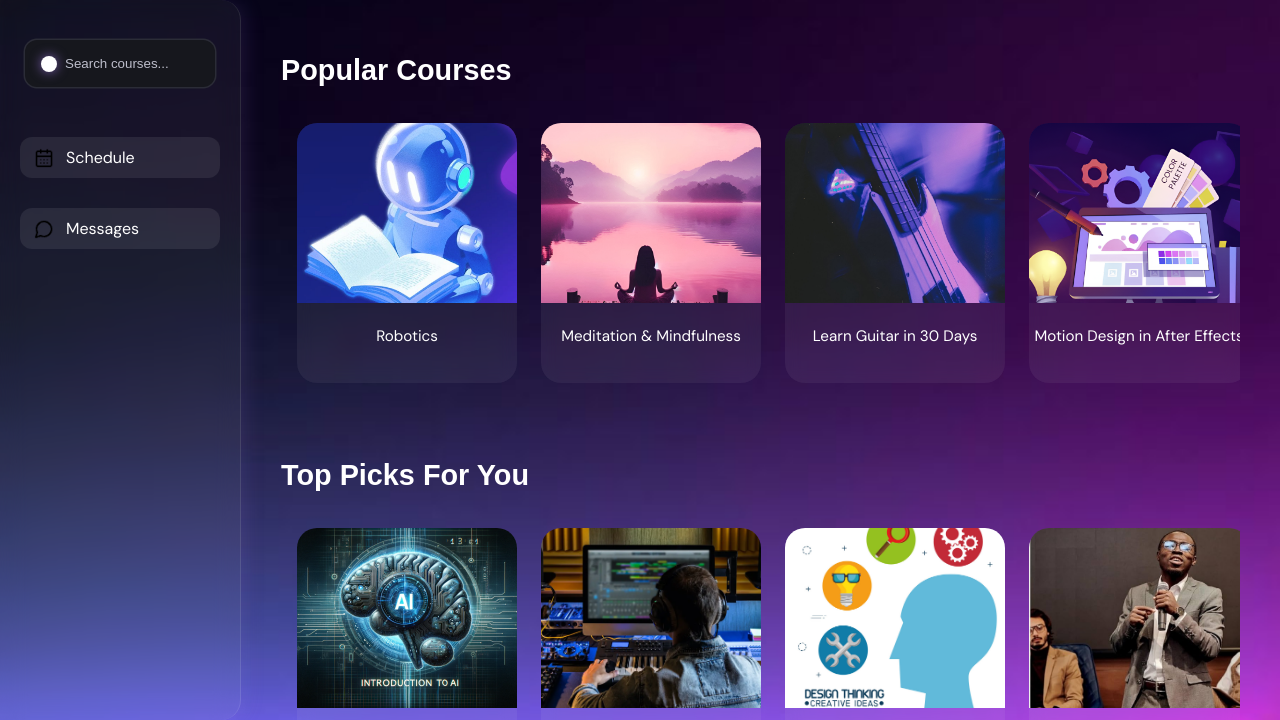
Repository: damndana/UIREN
Page: http://localhost/courses/
The author's editor kept a copy of each file at every save. The page is drawn from the files as they stood at one save, then again after the next save.
The browser window is 1280 px wide. The pictures show the whole page.
An inner scrolling area shows only its first screen. The page is served by the project's application, run on Django 5.2 (manage.py). Other server files are loaded and not shown.

Above is the page before, as saved 2025-04-21 23:40:28.

### main/templates/courses.html
{% load static %}
<!DOCTYPE html>
<html lang="en">
<head>
  <meta charset="UTF-8">
  <title>Courses Page</title>
  <link rel="stylesheet" href="https://fonts.googleapis.com/css2?family=DM+Sans&display=swap">
  <link rel="stylesheet" href="{% static 'css/style.css' %}">
</head>
<body class="courses-body" style="background: url('{% static "animations/background.jpeg" %}') no-repeat center center; background-size: cover;">

  <div class="sidebar">
    <div class="group">
      <svg class="search-icon" viewBox="0 0 24 24"><path fill="currentColor" d="M10 2a8 8 0 0 1 6.32 12.9l4.39 4.4l-1.41 1.4l-4.4-4.39A8 8 0 1 1 10 2m0 2a6 6 0 1 0 0 12a6 6 0 0 0 0-12z"/></svg>
      <input id="course-search" class="input" type="text" placeholder="Search courses...">
    </div>

    <div class="sidebar-icon"><img src="{% static 'icons/calendar-days.png' %}" class="icon-img"><span>Schedule</span></div>
    <div class="sidebar-icon"><img src="{% static 'icons/message-circle.png' %}" class="icon-img"><span>Messages</span></div>
  </div>

  <div class="main-content">
    <h2 class="section-title">Popular Courses</h2>
    <div class="carousel-wrapper" id="carousel-popular">
      <div class="carousel">
        <div class="card"><img src="{% static 'animations/robotics.png' %}" alt="Robotics"><p>Robotics</p></div>
        <div class="card"><img src="{% static 'animations/Dawn Meditation by the Lake_ Serenity in Pink and Purple.jpg' %}" alt="Meditation"><p>Meditation & Mindfulness</p></div>
        <div class="card"><img src="{% static 'animations/guitar30days.jpg' %}" alt="Guitar"><p>Learn Guitar in 30 Days</p></div>
        <div class="card"><img src="{% static 'animations/motiondesign.png' %}" alt="Motion"><p>Motion Design in After Effects</p></div>
        <div class="card"><img src="{% static 'animations/timemanagement.jpg' %}" alt="Time"><p>Time Management like a CEO</p></div>
      </div>
    </div>

    <h2 class="section-title" style="margin-top: 60px;">Top Picks For You</h2>
    <div class="carousel-wrapper" id="carousel-top">
      <div class="carousel">
        <div class="card"><img src="{% static 'animations/introtoai.png' %}"><p>Intro to AI</p></div>
        <div class="card"><img src="{% static 'animations/sounddesign.webp' %}" alt="Music"><p>Sound Design Essentials</p></div>
        <div class="card"><img src="{% static 'animations/design-thinking.jpg' %}" alt="Design"><p>Creative Thinking for Designers</p></div>
        <div class="card"><img src="{% static 'animations/speak.jpg' %}" alt="Public"><p>Speak Like a Pro</p></div>
      </div>
    </div>
  </div>

  <script>
    // SEARCH FUNCTION
    const searchBar = document.getElementById("course-search");
    searchBar.addEventListener("input", () => {
      const query = searchBar.value.toLowerCase();
      document.querySelectorAll(".carousel .card").forEach(card => {
        const title = card.querySelector("p").textContent.toLowerCase();
        card.style.display = title.includes(query) ? "flex" : "none";
      });
    });

    // SCROLL + ZOOM FUNCTION PER CAROUSEL
    document.querySelectorAll(".carousel-wrapper").forEach((wrapper) => {
      const carousel = wrapper.querySelector(".carousel");
      let isDown = false, startX, scrollLeft;
      let scrollPos = 0;

      // Drag scroll (mouse)
      wrapper.addEventListener("mousedown", (e) => {
        isDown = true;
        startX = e.pageX - wrapper.offsetLeft;
        scrollLeft = wrapper.scrollLeft;
      });
      wrapper.addEventListener("mouseup", () => isDown = false);
      wrapper.addEventListener("mouseleave", () => isDown = false);
      wrapper.addEventListener("mousemove", (e) => {
        if (!isDown) return;
        const x = e.pageX - wrapper.offsetLeft;
        const walk = (x - startX) * 2;
        wrapper.scrollLeft = scrollLeft - walk;
      });

      // Touch scroll (mobile)
      wrapper.addEventListener("touchstart", (e) => {
        startX = e.touches[0].pageX;
        scrollLeft = wrapper.scrollLeft;
      });
      wrapper.addEventListener("touchmove", (e) => {
        const x = e.touches[0].pageX;
        const walk = (x - startX) * 2;
        wrapper.scrollLeft = scrollLeft - walk;
      });

      // Auto scroll
      function startAutoScroll() {
        return setInterval(() => {
          scrollPos += 1.5;
          if (scrollPos >= carousel.scrollWidth - carousel.clientWidth) {
            scrollPos = 0;
          }
          carousel.scrollTo({ left: scrollPos, behavior: "smooth" });
        }, 20);
      }

      let autoScrollInterval = startAutoScroll();
      wrapper.addEventListener("mouseenter", () => clearInterval(autoScrollInterval));
      wrapper.addEventListener("mouseleave", () => {
        autoScrollInterval = startAutoScroll();
      });
    });

    // Zoom on hover
    document.querySelectorAll(".card").forEach((card) => {
      card.addEventListener("mouseenter", () => {
        card.style.transform = "scale(1.07)";
      });
      card.addEventListener("mouseleave", () => {
        card.style.transform = "scale(1)";
      });
    });
  </script>
</body>
</html>

### main/views.py
from django.shortcuts import render, redirect
from django.http import HttpResponse
from .forms import TutorRegistrationForm, StudentRegistrationForm
from .models import TutorProfile, StudentProfile
from django.contrib.auth.models import User
from django.contrib.auth import login
from django.contrib.auth.decorators import login_required

# === Home Page ===
def home(request):
    return render(request, 'home.html')

# === Courses Page ===
def courses(request):
    return render(request, 'courses.html')

# === Categories Page ===
def categories(request):
    return render(request, 'categories.html')

# === About Page ===
def about(request):
    return render(request, 'about.html')

# === Sign In ===
def signin(request):
    if request.method == "POST":
        email = request.POST.get("email")
        password = request.POST.get("password")

        if not (email and password):
            return HttpResponse("Missing fields", status=400)

        try:
            user = User.objects.get(email=email)
            if user.check_password(password):
                login(request, user)
                return redirect("profile")
            else:
                return HttpResponse("Incorrect password", status=401)
        except User.DoesNotExist:
            return HttpResponse("User not found", status=404)

    return render(request, "signin.html")

# === Register Tutor ===
def register_tutor(request):
    if request.method == 'POST':
        form = TutorRegistrationForm(request.POST)
        if form.is_valid():
            full_name = form.cleaned_data['full_name']
            email = form.cleaned_data['email']
            password = form.cleaned_data['password']
            experience = form.cleaned_data['experience']
            bio = form.cleaned_data['bio']

            user = User.objects.create_user(
                username=email,
                email=email,
                password=password
            )

            TutorProfile.objects.create(
                user=user,
                full_name=full_name,
                experience=experience,
                bio=bio
            )

            login(request, user)
            return redirect('profile')
    else:
        form = TutorRegistrationForm()
    return render(request, 'register_tutor.html', {'form': form})


# === Register Student ===
def register_student(request):
    if request.method == 'POST':
        form = StudentRegistrationForm(request.POST)
        if form.is_valid():
            email = form.cleaned_data['email']

            if User.objects.filter(username=email).exists():
                return HttpResponse("User already exists", status=400)

            user = User.objects.create_user(
                username=email,
                email=email,
                password=form.cleaned_data['password'],
                first_name=form.cleaned_data['full_name']
            )

            student = form.save(commit=False)
            student.user = user
            student.save()
            login(request, user)
            return redirect('profile')
    else:
        form = StudentRegistrationForm()
    return render(request, 'register_student.html', {'form': form})

# === Profile View ===
@login_required
def profile_view(request):
    return render(request, 'profile.html', {'user': request.user})

### core/urls.py
from django.contrib import admin
from django.urls import path, include

urlpatterns = [
    path('admin/', admin.site.urls),
    path('', include('main.urls')),  # Connect main app routes
]

### main/urls.py
from django.urls import path
from . import views

urlpatterns = [
    path('', views.home, name='home'),
    path('courses/', views.courses, name='courses'),
    path('categories/', views.categories, name='categories'),
    path('about/', views.about, name='about'),
    path('signin/', views.signin, name='signin'),
    path('signin/', views.signin, name='signin'),
    path('register/tutor/', views.register_tutor, name='register_tutor'),
    path('register/student/', views.register_student, name='register_student'),
    path('profile/', views.profile_view, name='profile'),
]

### main/static/css/style.css
/* === GLOBAL === */
body {
  margin: 0;
  padding: 0;
  font-family: 'DM Sans', 'Raleway', 'Roboto Mono', 'Tektur', sans-serif;
  color: white;
  background: black;
  overflow-x: hidden;
}

#bg-video {
  position: fixed;
  top: 0;
  left: 0;
  width: 100%;
  height: 100%;
  object-fit: cover;
  z-index: -1;
}

/* === NAVBAR === */
.navbar {
  display: flex;
  justify-content: space-between;
  align-items: center;
  padding: 24px 60px;
  position: relative;
  z-index: 10;
  font-family: 'Raleway', sans-serif;
}

.nav-left, .nav-right {
  display: flex;
  align-items: center;
  gap: 30px;
}

.navbar a {
  color: white;
  text-decoration: none;
  font-size: 1rem;
  position: relative;
}

.navbar a:hover {
  border-bottom: 2px solid transparent;
  border-image: linear-gradient(to right, #b14fff, #7f00ff);
  border-image-slice: 1;
}

/* Dropdown */
.dropdown {
  position: relative;
}

.dropbtn {
  background: none;
  border: none;
  color: white;
  font-size: 1rem;
  cursor: pointer;
  font-family: 'Raleway';
}

.dropdown-content {
  display: none;
  position: absolute;
  top: 140%;
  left: 0;
  background-color: rgba(34, 34, 34, 0.9);
  border-radius: 12px;
  padding: 10px;
  min-width: 160px;
  z-index: 99;
  box-shadow: 0 0 12px rgba(255, 255, 255, 0.1);
}

.dropdown-content a {
  display: block;
  color: white;
  padding: 8px 12px;
  text-decoration: none;
}

.dropdown-content a:hover {
  background-color: rgba(255, 255, 255, 0.08);
}

.dropdown:hover .dropdown-content {
  display: block;
}

/* === HERO SECTION === */
.hero-content {
  text-align: center;
  margin-top: 40px; /* reduced from 80px */
  padding-top: 40px; /* add if needed */
  padding-bottom: 40px;
  position: relative;
  z-index: 5;
}


.hero-title {
  font-family: 'Tektur', sans-serif;
  font-size: 3.5rem;
  font-weight: bold;
  color: #a855f7;
  margin-bottom: 40px;
}

.filter-buttons {
  margin-bottom: 30px;
}

.filter-buttons button {
  background-color: rgba(124, 50, 142, 0.2);
  border: none;
  color: #c8c8ff;
  font-family: 'Roboto Mono', monospace;
  font-size: 1.1rem;
  padding: 10px 20px;
  margin: 0 8px;
  border-radius: 10px;
  cursor: pointer;
  transition: all 0.3s ease;
}

.filter-buttons button:hover,
.filter-buttons button.selected {
  background: linear-gradient(to right, #b14fff, #7f00ff);
  color: white;
  font-weight: bold;
}

/* === SEARCH WITH ROCKET === */
.search-wrapper {
  display: flex;
  justify-content: center;
  align-items: center;
  gap: 12px;
  margin: 30px 0 40px;
}

.search-input {
  background-color: rgba(255, 255, 255, 0.85);
  color: #000;
  font-family: monospace;
  font-size: 1.2rem;
  padding: 10px 24px;
  border: 1px solid rgba(148, 112, 214, 0.8);
  border-radius: 9999px;
  box-shadow: 0 0 25px rgba(148, 112, 214, 0.5);
  width: 300px;
  outline: none;
}

.search-icon {
  background-color: white;
  border-radius: 9999px;
  width: 45px;
  height: 45px;
  display: flex;
  align-items: center;
  justify-content: center;
  box-shadow: 0 0 12px rgba(148, 112, 214, 0.8);
  cursor: pointer;
}

.search-icon img {
  width: 26px;
  height: 26px;
  transform: rotate(-45deg);
}

/* === HOMEPAGE 3D CAROUSEL === */
.circular-carousel-container {
  perspective: 1200px;
  height: 300px;
  display: flex;
  justify-content: center;
  align-items: center;
  margin-top: 60px;
}

.circular-carousel {
  position: relative;
  width: 300px;
  height: 300px;
  transform-style: preserve-3d;
  animation: rotateCarousel 24s infinite linear;
}

.circular-carousel .card {
  position: absolute;
  top: 50%;
  left: 50%;
  width: 100px;
  height: 100px;
  margin: -50px 0 0 -50px;
  background: rgba(255, 255, 255, 0.07);
  border-radius: 16px;
  box-shadow: 0 0 10px rgba(255, 255, 255, 0.1);
  display: flex;
  flex-direction: column;
  align-items: center;
  justify-content: center;
  color: white;
  font-family: 'DM Sans', sans-serif;
  text-align: center;
  backdrop-filter: blur(6px);
  transform-style: preserve-3d;
}

.circular-carousel .card lottie-player {
  width: 60px;
  height: 60px;
}

.circular-carousel .card p {
  font-size: 0.75rem;
  margin-top: 6px;
}

.circular-carousel .card:nth-child(1) { transform: rotateY(0deg) translateZ(250px); }
.circular-carousel .card:nth-child(2) { transform: rotateY(60deg) translateZ(250px); }
.circular-carousel .card:nth-child(3) { transform: rotateY(120deg) translateZ(250px); }
.circular-carousel .card:nth-child(4) { transform: rotateY(180deg) translateZ(250px); }
.circular-carousel .card:nth-child(5) { transform: rotateY(240deg) translateZ(250px); }
.circular-carousel .card:nth-child(6) { transform: rotateY(300deg) translateZ(250px); }

@keyframes rotateCarousel {
  from { transform: rotateY(0deg); }
  to { transform: rotateY(360deg); }
}

/* === COURSES PAGE === */
.courses-body {
  display: flex;
  font-family: 'DM Sans', sans-serif;
  color: white;
  height: 100vh;
  overflow: hidden;
}

.sidebar {
  width: 200px;
  background: rgba(255, 255, 255, 0.06);
  backdrop-filter: blur(12px);
  padding: 30px 20px;
  display: flex;
  flex-direction: column;
  gap: 30px;
  border-right: 1px solid rgba(255,255,255,0.1);
  box-shadow: 4px 0 20px rgba(148, 112, 214, 0.15);
  border-radius: 0 20px 20px 0;
}

.sidebar-icon {
  display: flex;
  align-items: center;
  gap: 12px;
  padding: 10px 14px;
  background: rgba(255,255,255,0.08);
  border-radius: 12px;
  transition: all 0.3s ease;
  cursor: pointer;
}

.sidebar-icon:hover {
  background: rgba(255, 255, 255, 0.2);
  transform: scale(1.03);
}

.icon-img {
  width: 20px;
  height: 20px;
}

.group {
  display: flex;
  align-items: center;
  position: relative;
  max-width: 190px;
  margin: 10px auto 20px;
}

.input {
  font-family: "Montserrat", sans-serif;
  width: 100%;
  height: 45px;
  padding-left: 2.5rem;
  border-radius: 12px;
  background-color: #16171d;
  color: #bdbecb;
  border: none;
  box-shadow: 0 0 0 1.5px #2b2c37;
}

.input::placeholder {
  color: #bdbecb;
}

.search-icon {
  position: absolute;
  left: 1rem;
  width: 1rem;
  height: 1rem;
  fill: #bdbecb;
  pointer-events: none;
}

.main-content {
  flex: 1;
  padding: 30px 40px;
  overflow-y: auto;
}

.section-title {
  font-family: 'Tektur', sans-serif;
  font-size: 1.8rem;
  margin-bottom: 20px;
}

.carousel-wrapper {
  overflow-x: scroll;
  scroll-snap-type: x mandatory;
  display: flex;
  gap: 24px;
  padding: 16px;
}

.carousel-wrapper::-webkit-scrollbar {
  display: none;
}

.carousel {
  display: flex;
  gap: 24px;
}

.carousel .card {
  flex: 0 0 auto;
  width: 220px;
  height: 260px;
  background: rgba(255,255,255,0.06);
  border-radius: 20px;
  overflow: hidden;
  text-align: center;
  backdrop-filter: blur(8px);
  scroll-snap-align: center;
  transition: transform 0.3s ease;
  display: flex;
  flex-direction: column;
  justify-content: flex-start;
  align-items: center;
}

.carousel .card img {
  width: 100%;
  height: 180px;
  object-fit: cover;
  border-radius: 16px 16px 0 0;
}

.carousel .card p {
  font-family: 'DM Sans', sans-serif;
  padding: 8px 10px;
  font-size: 0.95rem;
  color: white;
  white-space: nowrap;
  overflow: hidden;
  text-overflow: ellipsis;
  width: 100%;
  text-align: center;
}

.carousel .card:hover {
  transform: scale(1.05);
}
/* === SIGNIN SPLINE LAYOUT === */
.signin-page-body {
  display: flex;
  justify-content: center;
  align-items: center;
  background: radial-gradient(ellipse at top left, #0a0a23, #0f0f2e);
  min-height: 100vh;
  font-family: 'DM Sans', sans-serif;
  overflow: hidden;
  margin: 0;
}

.signin-layout-wrapper {
  display: flex;
  width: 100%;
  max-width: 1300px;
  height: 100vh;
  align-items: center;
  justify-content: space-between;
  padding: 0 40px;
}

/* LEFT SIDE - Spline Animation */
.signin-spline-wrapper {
  flex: 1;
  height: 200%;
  display: flex;
  align-items: center;
  justify-content: center;
}

.signin-spline-wrapper iframe {
  width: 70%;
  height: 100%;
  border: none;
  pointer-events: none;
}

/* RIGHT SIDE - Sign In Form */
.signin-form-container {
  flex: 1;
  max-width: 400px;
  background: rgba(255, 255, 255, 0.05);
  backdrop-filter: blur(14px);
  border-radius: 20px;
  padding: 40px 30px;
  box-shadow: 0 0 25px rgba(148, 112, 214, 0.4);
  text-align: center;
}

.signin-form-container h2 {
  color: white;
  font-family: 'Tektur', sans-serif;
  font-size: 2rem;
  margin-bottom: 30px;
}

.signin-form-container .input-group {
  margin-bottom: 20px;
  text-align: left;
}

.signin-form-container label {
  display: block;
  color: white;
  font-size: 0.9rem;
  margin-bottom: 8px;
}

.signin-form-container input {
  width: 100%;
  padding: 12px 16px;
  border: none;
  border-radius: 12px;
  background: #16171d;
  color: #fff;
  font-size: 1rem;
  box-shadow: 0 0 0 2px rgba(124, 50, 142, 0.3);
  outline: none;
}

.signin-form-container input:focus {
  box-shadow: 0 0 0 2px #7f00ff;
}

.password-group {
  position: relative;
}

.toggle-password {
  position: absolute;
  right: 16px;
  top: 38px;
  color: #aaa;
  cursor: pointer;
}

.signin-btn {
  background: linear-gradient(to right, #b14fff, #7f00ff);
  border: none;
  color: white;
  font-size: 1.1rem;
  padding: 12px 0;
  width: 100%;
  border-radius: 12px;
  cursor: pointer;
  transition: transform 0.2s ease, box-shadow 0.3s ease;
}

.signin-btn:hover {
  transform: scale(1.03);
  box-shadow: 0 0 12px #7f00ff;
}

.auth-alt {
  color: white;
  font-size: 0.85rem;
  margin-top: 20px;
}

.auth-alt a {
  color: #b14fff;
  text-decoration: none;
}

After the next save:
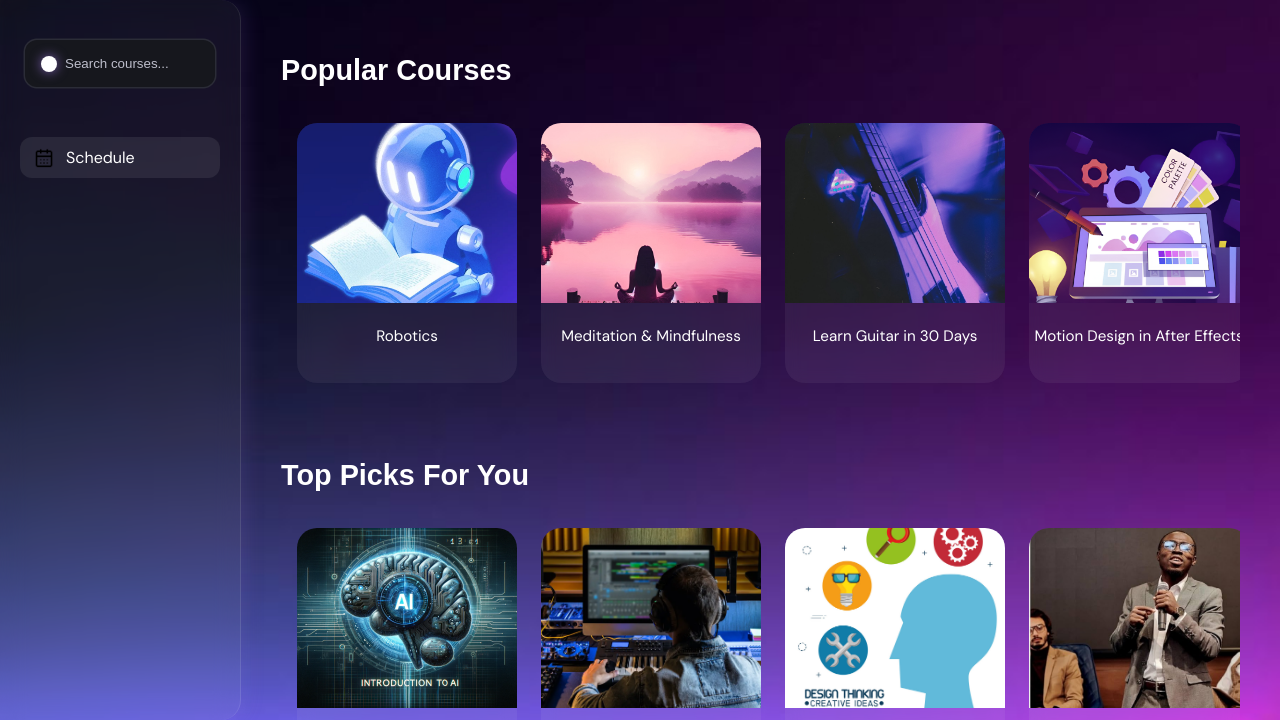
Saved 5 s later.
--- a/main/templates/courses.html
+++ b/main/templates/courses.html
@@ -16,7 +16,6 @@
     </div>
 
     <div class="sidebar-icon"><img src="{% static 'icons/calendar-days.png' %}" class="icon-img"><span>Schedule</span></div>
-    <div class="sidebar-icon"><img src="{% static 'icons/message-circle.png' %}" class="icon-img"><span>Messages</span></div>
   </div>
 
   <div class="main-content">
